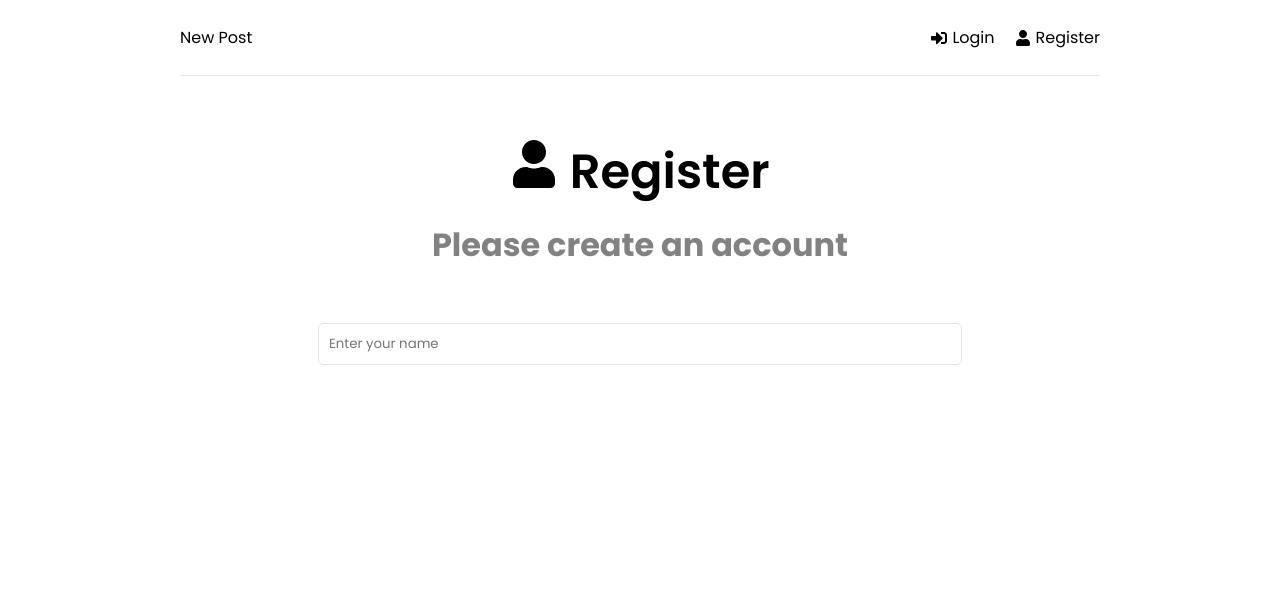
Repository: OdellPurifoy/geek_speek
Page: /register (app in frontend/)
An editor plug-in stored every save of this project. The page is shown before and after the next save, followed by the edit.
The browser window is 1280 px wide. The pictures show the whole page.
The project was rebuilt for these pictures with package versions that can differ from the ones it lists, and the page was loaded fresh each time. Also part of the build but not shown: frontend/src/pages/Dashboard.jsx, frontend/src/pages/Login.jsx.

Above is the page before, as saved 2022-07-06 16:18:35.

After the next save:
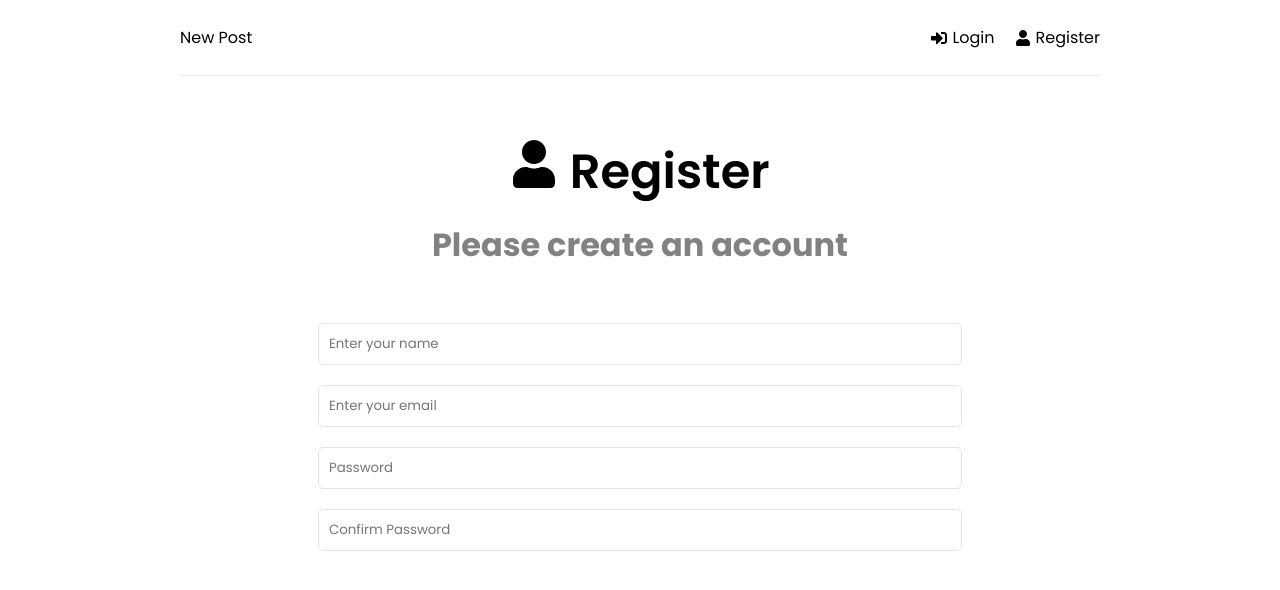
Saved 2 min 39 s later.
--- a/frontend/src/pages/Register.jsx
+++ b/frontend/src/pages/Register.jsx
@@ -28,6 +28,15 @@ function Register() {
           <div className="form-group">
             <input type="text" className="form-control" id="name" name="name" value={name} placeholder="Enter your name" onChange={onChange}/>
           </div>
+          <div className="form-group">
+            <input type="text" className="form-control" id="email" name="name" value={email} placeholder="Enter your email" onChange={onChange}/>
+          </div>
+          <div className="form-group">
+            <input type="text" className="form-control" id="password" name="password" value={password} placeholder="Password" onChange={onChange}/>
+          </div>
+          <div className="form-group">
+            <input type="text" className="form-control" id="password-confirmation" name="password-confirmation" value={password_confirmation} placeholder="Confirm Password" onChange={onChange}/>
+          </div>
         </form>
       </section>
     </>
